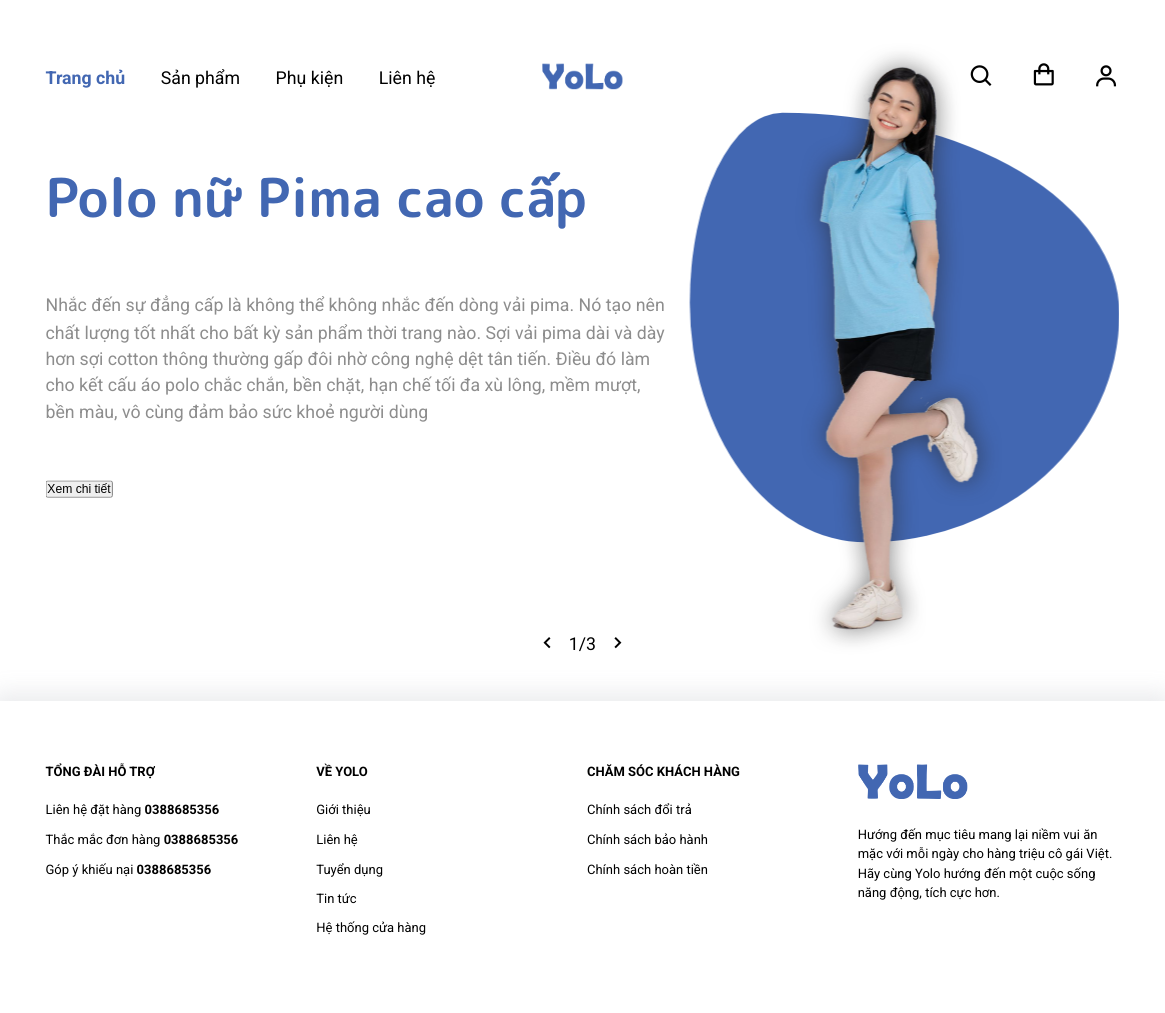
Repository: NguyenThanhBinh1210/Binh-React
Page: / (app in yoloshop/)
An editor plug-in stored every save of this project. The page is shown before and after the next save, followed by the edit.
The browser window is 1280 px wide. The pictures show the whole page, at 91% of full size.
The project was rebuilt for these pictures with package versions that can differ from the ones it lists, and the page was loaded fresh each time. A package was used in the major version that the imports need, not the one package.json lists. Also part of the build but not shown: yoloshop/src/pages/Product.jsx, yoloshop/src/pages/Catalog.jsx, yoloshop/src/pages/Cart.jsx, yoloshop/src/pages/Accessory.jsx, yoloshop/src/pages/Contact.jsx.

Above is the page before, as saved 2021-11-25 15:54:43.

After the next save:
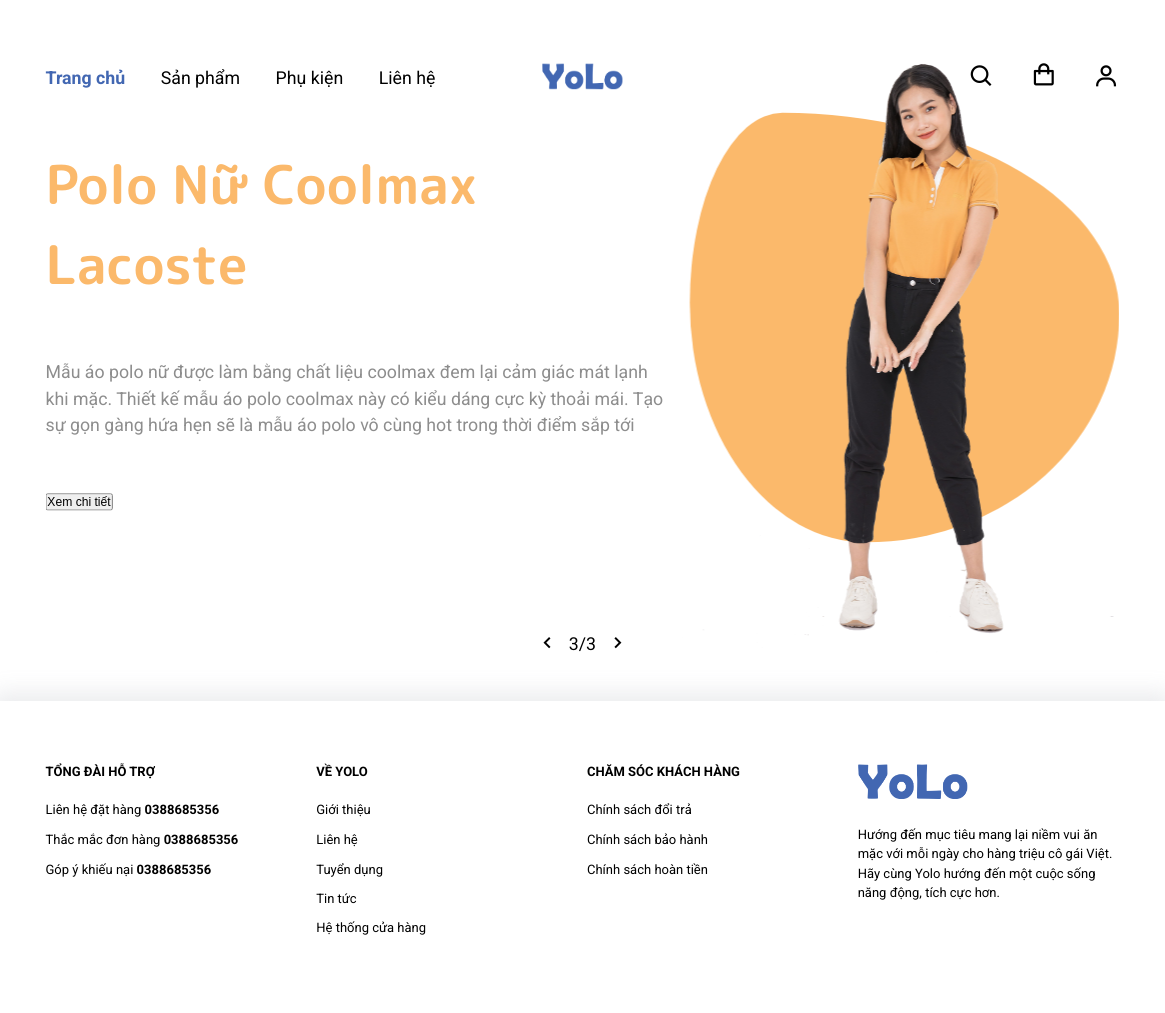
Saved 13 s later.
--- a/yoloshop/src/components/HeroSlider.jsx
+++ b/yoloshop/src/components/HeroSlider.jsx
@@ -5,7 +5,7 @@
 const HeroSlider = props => {
 	const data = props.data
 	// const activeSlider = 0
-	const [activeSlider, setActiveSlider] = useState(0)
+	const [activeSlider, setActiveSlider] = useState(2)
 	return (
 		<div className="hero-slider">
 			{data.map((item, index) => (
